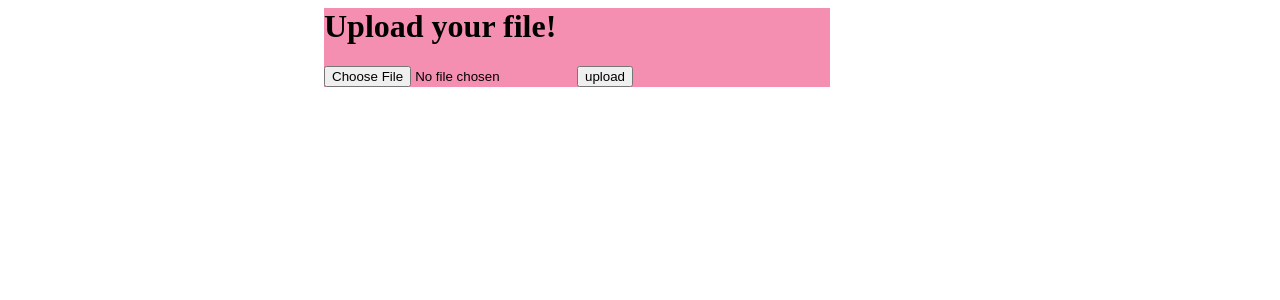
Repository: jocarosa/meta-data
Page: http://localhost/
The author's editor kept a record of every edit. The page is drawn from the files as they stood at one moment, then again after the next edit.
The browser window is 1280 px wide. The pictures show the whole page.
The page is served by the project's Node server (meta.js).

Above is the page before.

After the next edit:
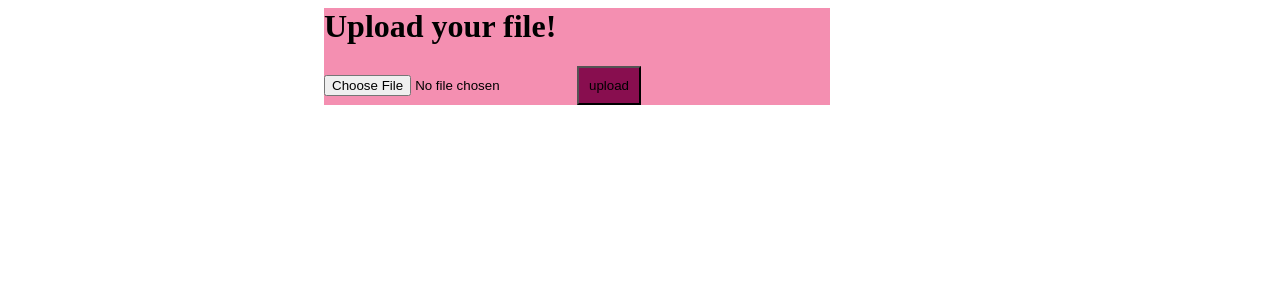
The edit:
--- a/views/css/style.css
+++ b/views/css/style.css
@@ -4,8 +4,8 @@
     margin-left        : 25%;
 }
 
-#hiddendiv submit{
-    float              :left;
+.styleSubmit{
+
     padding            : 10px;
     background-color   : #880E4F;
 }
